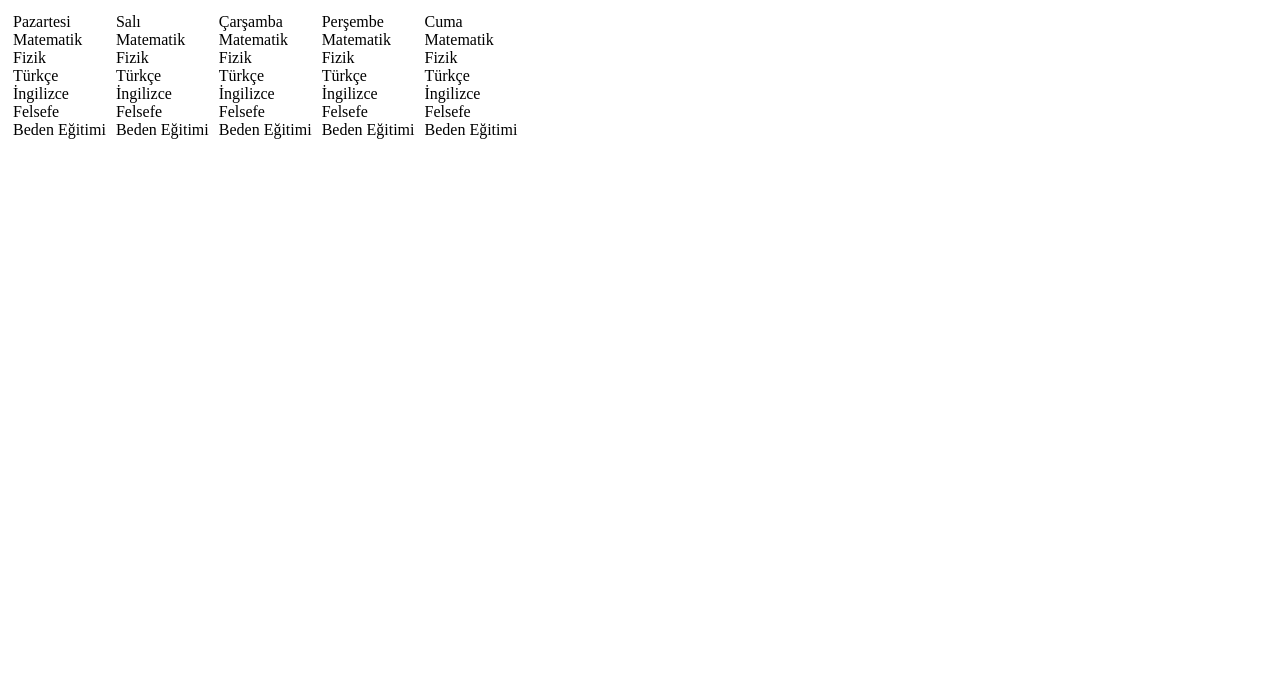
Repository: ahmetbugraozcan/css-ders-programi
Page: deneme2.html
An editor plug-in stored every save of this project. The page is shown before and after the next save, followed by the edit.
The browser window is 1280 px wide. The pictures show the whole page.

Above is the page before, as saved 2021-07-10 13:54:12.

### deneme2.html
<!DOCTYPE html>
<html>

<head>
    <style>
        .head{
            background-color: red;
        }
        .container{
            padding: 5px;
        }
        .row {
            display: flex;
            flex-direction: row;

        }

        .row > div{
            padding: 5px;
        }

        .column {
            display: flex;
            flex-direction: column;

            width: 400;
            height: 400;
        }
    </style>
</head>

<body>
    <div class="row">
        <div><head><div>Pazartesi</div></head>
            <div class="column">
                <div>Matematik</div>
                 <div>Fizik</div>
                <div>Türkçe</div>
                <div>İngilizce</div>
                <div>Felsefe</div>
                <div>Beden Eğitimi</div>
            </div>
        </div>
        <div>Salı
            <div class="column">
                <div>Matematik</div>
                <div>Fizik</div>
               <div>Türkçe</div>
               <div>İngilizce</div>
               <div>Felsefe</div>
               <div>Beden Eğitimi</div>
            </div>

        </div>
        <div>Çarşamba
            <div class="column">
                <div>Matematik</div>
                <div>Fizik</div>
               <div>Türkçe</div>
               <div>İngilizce</div>
               <div>Felsefe</div>
               <div>Beden Eğitimi</div>
            </div>
        </div>
        <div>Perşembe
            <div class="column">
                <div>Matematik</div>
                <div>Fizik</div>
               <div>Türkçe</div>
               <div>İngilizce</div>
               <div>Felsefe</div>
               <div>Beden Eğitimi</div>
            </div>
        </div>
        <div>Cuma
            <div class="column">
                <div>Matematik</div>
                <div>Fizik</div>
               <div>Türkçe</div>
               <div>İngilizce</div>
               <div>Felsefe</div>
               <div>Beden Eğitimi</div>
            </div>
        </div>
    </div>

</body>

</html>

After the next save:
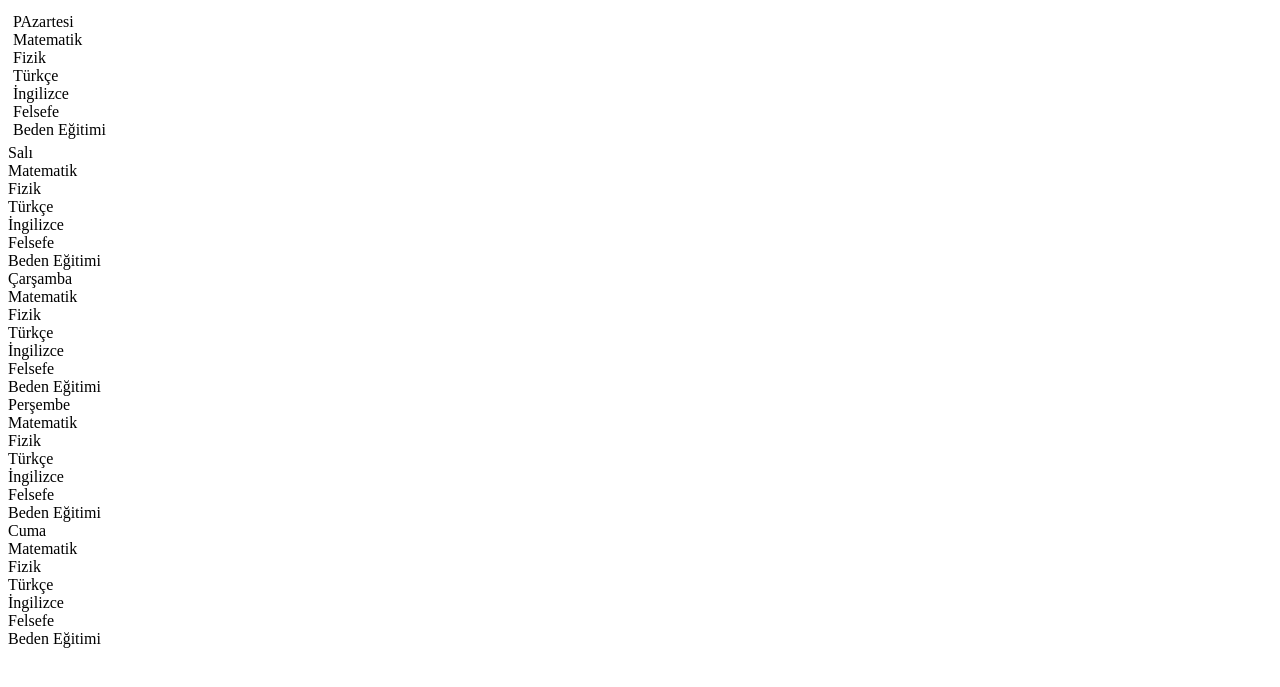
Saved 31 s later.
--- a/deneme2.html
+++ b/deneme2.html
@@ -31,8 +31,9 @@
 
 <body>
     <div class="row">
-        <div><head><div>Pazartesi</div></head>
-            <div class="column">
+        <div>
+            <div class="header"> PAzartesi</div>
+            <div class="column"></div>
                 <div>Matematik</div>
                  <div>Fizik</div>
                 <div>Türkçe</div>
